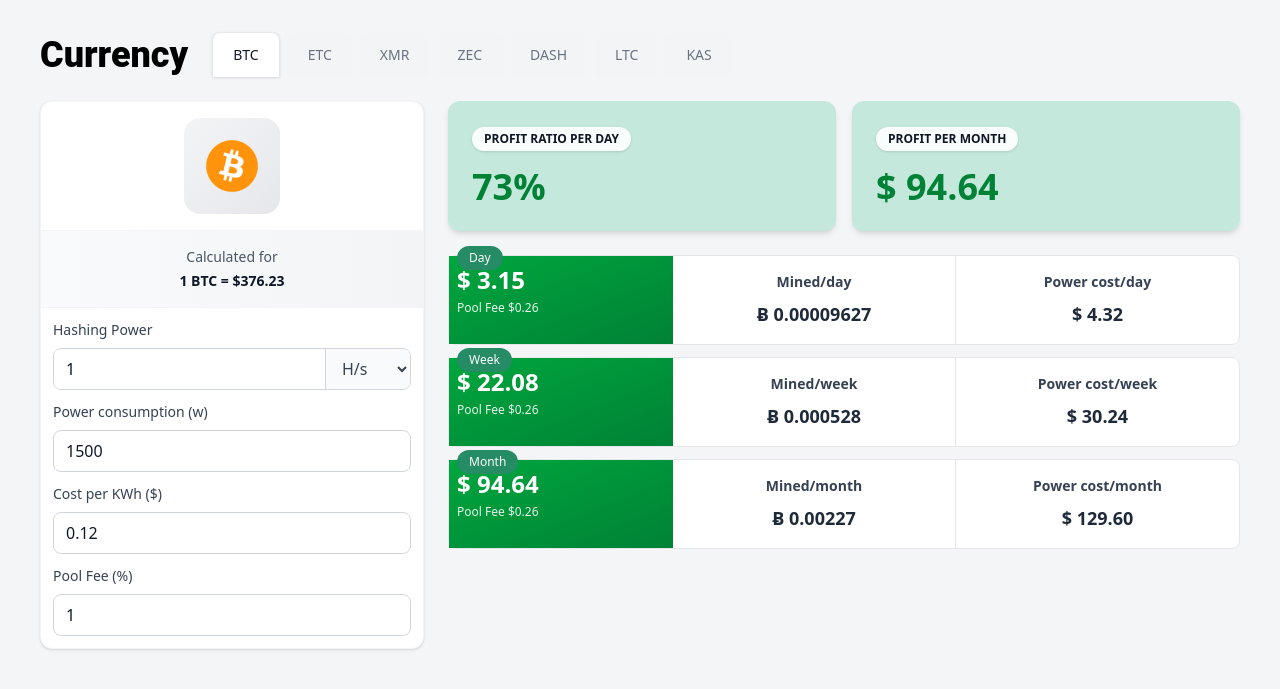
Repository: Bilal-Ahmad-CodeMaster/crypto-proj
Page: /
An editor plug-in stored every save of this project. The page is shown before and after the next save, followed by the edit.
The browser window is 1280 px wide. The pictures show the whole page.
The project was rebuilt for these pictures with package versions that can differ from the ones it lists, and the page was loaded fresh each time. The framework's server and built-in components were replaced by stand-ins that run in the browser. Also part of the build but not shown: next.config.ts.

Above is the page before, as saved 2025-11-25 22:41:08.

### src/app/layout.tsx
import './globals.css'
import React from 'react'


export const metadata = {
  title: 'Mining Dashboard',
}


export default function RootLayout({ children }: { children: React.ReactNode }) {
  return (
    <html lang="en">
      <body>
        {children}
      </body>
    </html>
  )
}

### src/app/page.tsx
'use client'
import React, { useState } from 'react'
import Tabs from './components/Tabs'
import HashingForm from './components/HashingForm'
import ResultCards from './components/ResultCards'


const currencies = [
  { id: 'btc', label: 'BTC' },
  { id: 'etc', label: 'ETC' },
  { id: 'xmr', label: 'XMR' },
  { id: 'zec', label: 'ZEC' },
  { id: 'dash', label: 'DASH' },
  { id: 'ltc', label: 'LTC' },
  { id: 'kas', label: 'KAS' }
]


export default function Page() {
  const [active, setActive] = useState('btc')


  return (
    <main className="min-h-screen p-8 bg-[#f3f5f7]">
      <div className="max-w-[1200px] mx-auto">
        <header className="flex items-center gap-6 mb-6">
          <h1 className="text-4xl font-extrabold text-black" style={{ fontFamily: '"Lobster", Roboto, Arial' }}>
            Currency
          </h1>
          <nav className="flex-1">
            <Tabs active={active} setActive={setActive} tabs={currencies} />
          </nav>
        </header>


        <div className="grid grid-cols-1 lg:grid-cols-3 gap-6">
          <div>
            <HashingForm active={active} />
          </div>


          <div className="lg:col-span-2">
            <ResultCards active={active} />
          </div>
        </div>
      </div>
    </main>
  )
}

### src/app/globals.css
@import "tailwindcss";

/* Small helpers to match the design exactly */
body {
  @apply bg-gray-50 font-sans text-gray-900 antialiased;
}

/* Hide focus indicators for all form inputs */
input:focus,
select:focus {
  outline: none !important;
  box-shadow: none;
}
.hashing-form input:focus,
.hashing-form select:focus {
  outline: none;

  box-shadow: none;
}
/* Chrome, Safari, Edge */
input[type="number"]::-webkit-inner-spin-button,
input[type="number"]::-webkit-outer-spin-button {
  -webkit-appearance: none;
  margin: 0;
}

### src/app/components/Tabs.tsx
'use client'
import React from 'react'

export default function Tabs({ active, setActive, tabs }: { active: string; setActive: (s: string) => void; tabs: { id: string; label: string }[] }) {
    return (
        <div className="flex gap-2 items-end">
            {tabs.map(t => (
                <button
                    key={t.id}
                    onClick={() => setActive(t.id)}
                    className={`px-5 py-3 rounded-t-lg text-sm font-medium transition-all ${active === t.id
                            ? 'bg-white text-gray-900 border-t border-l border-r border-gray-200 shadow-sm'
                            : 'text-gray-500 hover:text-gray-700 bg-gray-100 hover:bg-gray-200'
                        }`}
                    style={{ minWidth: 56 }}
                >
                    {t.label}
                </button>
            ))}
        </div>
    )
}

### src/app/components/HashingForm.tsx
'use client'
import Image from 'next/image'
import React from 'react'

export default function HashingForm({ active }: { active: string }) {
    return (
        <div className="bg-white rounded-xl shadow-sm border border-gray-100 overflow-hidden">
            <div className="p-4 border-b border-gray-100 flex items-center justify-center">
                <div className="w-24 h-24 bg-linear-to-br from-gray-100 to-gray-200 rounded-2xl flex items-center justify-center p-4">
                    <Image
                        src={`/${active.toLowerCase()}.png`}
                        alt="logo"
                        width={64}
                        height={64}
                        className="object-contain"
                    />
                </div>
            </div>

            <div className="bg-linear-to-r from-gray-50 to-gray-100 text-center py-4 text-sm text-gray-600 border-b border-gray-100">
                Calculated for
                <div className="font-semibold text-gray-900 mt-1">1 {active.toUpperCase()} = $376.23</div>
            </div>

            <div className="p-3 space-y-3">
                <div>
                    <label className="block text-sm font-medium text-gray-700 mb-2">Hashing Power</label>
                    <div className="flex rounded-lg overflow-hidden border border-gray-300 focus-within:ring-2 focus-within:ring-blue-500 focus-within:border-blue-500 transition-all">
                        <input
                            type="number"
                            defaultValue={1}
                            className="flex-1 px-3 py-2 outline-none bg-white"
                        />
                        <select className="px-3 py-2 bg-gray-50 border-l border-gray-300 text-gray-700">
                            <option>H/s</option>
                            <option>KH/s</option>
                            <option>MH/s</option>
                            <option>GH/s</option>
                            <option>TH/s</option>
                        </select>
                    </div>
                </div>

                <div>
                    <label className="block text-sm font-medium text-gray-700 mb-2">Power consumption (w)</label>
                    <input
                        className="w-full px-3 py-2 border border-gray-300 rounded-lg focus:ring-2 focus:ring-blue-500 focus:border-blue-500 transition-all"
                        defaultValue={1500} type="number"
                    />
                </div>

                <div>
                    <label className="block text-sm font-medium text-gray-700 mb-2">Cost per KWh ($)</label>
                    <input
                        className="w-full px-3 py-2 border border-gray-300 rounded-lg focus:ring-2 focus:ring-blue-500 focus:border-blue-500 transition-all"
                        defaultValue={0.12} type="number"
                    />
                </div>

                <div>
                    <label className="block text-sm font-medium text-gray-700 mb-2">Pool Fee (%)</label>
                    <input
                        className="w-full px-3 py-2 border border-gray-300 rounded-lg focus:ring-2 focus:ring-blue-500 focus:border-blue-500 transition-all"
                        defaultValue={1} type="number"
                    />
                </div>
            </div>
        </div>
    )
}

### src/app/components/ResultCards.tsx
'use client'
import React from 'react'

interface StatRowProps {
    title: string;
    money: string;
    mined: string;
    powerCost: string;
    poolFee: string;
    positive?: boolean;
}

function StatRow({ title, money, mined, powerCost, poolFee, positive = true }: StatRowProps) {
    return (
        <div className="mb-3 rounded-lg border border-gray-200 bg-white hover:shadow-sm transition-all">
            <div className="flex">
                {/* First part with background color */}
                <div className={`w-56 p-2 text-white relative ${positive ? 'bg-linear-to-br from-green-600 to-green-700' : 'bg-linear-to-br from-red-500 to-red-600'}`}>
                    <div className="text-xs font-medium bg-[#258C66] inline-block px-3 py-1 rounded-full mb-3 absolute top-[-10px]">{title}</div>
                    <div className="text-2xl font-bold mb-1">{money}</div>
                    <div className="text-xs opacity-90">Pool Fee $0.26</div>
                </div>

                {/* Second and third parts without background color */}
                <div className="flex-1 grid grid-cols-2 items-center">
                    {/* Mined Column */}
                    <div className="text-center border-r border-gray-200 py-4">
                        <div className="text-sm font-semibold text-gray-700 mb-2">Mined/{title.toLowerCase()}</div>
                        <div className="text-lg font-bold text-gray-800">{mined}</div>
                    </div>

                    {/* Power Cost Column */}
                    <div className="text-center py-4">
                        <div className="text-sm font-semibold text-gray-700 mb-2">Power cost/{title.toLowerCase()}</div>
                        <div className="text-lg font-bold text-gray-800">{powerCost}</div>
                    </div>
                </div>
            </div>
        </div>
    )
}

export default function ResultCards({ active }: { active: string }) {
    const positive = active !== 'etc'

    // Get currency symbol based on active tab
    const getCurrencySymbol = () => {
        switch (active.toLowerCase()) {
            case 'btc': return 'Ƀ'
            case 'etc': return 'Ξ'
            case 'xmr': return 'ɱ'
            case 'zec': return 'ⓩ'
            case 'dash': return 'Đ'
            case 'ltc': return 'Ł'
            case 'kas': return 'Ҝ'
            default: return 'Ƀ'
        }
    }

    const currencySymbol = getCurrencySymbol()

    return (
        <div>
            <div className="grid grid-cols-2 gap-4 mb-6">
                <div className={`rounded-xl p-6 shadow-md ${positive ? 'bg-[#C4E8DB]' : 'bg-[#FFE0E0]'}`}>
                    <div className="text-xs font-semibold bg-white/90 inline-block px-3 py-1 rounded-full shadow">PROFIT RATIO PER DAY</div>
                    <div className={`text-4xl font-bold mt-4 ${positive ? 'text-green-700' : 'text-red-700'}`}>{positive ? '73%' : '-70%'}</div>
                </div>


                <div className={`rounded-xl p-6 shadow-md ${positive ? 'bg-[#C4E8DB]' : 'bg-[#FFE0E0]'}`}>
                    <div className="text-xs font-semibold bg-white/90 inline-block px-3 py-1 rounded-full shadow">PROFIT PER MONTH</div>
                    <div className={`text-4xl font-bold mt-4 ${positive ? 'text-green-700' : 'text-red-700'}`}>{positive ? '$ 94.64' : '$ -90.66'}</div>
                </div>
            </div>


            {/* Time Period Cards */}
            <div>
                <StatRow
                    title="Day"
                    money="$ 3.15"
                    mined={`${currencySymbol} 0.00009627`}
                    powerCost="$ 4.32"
                    poolFee="$ 0.07550"
                    positive={positive}
                />
                <StatRow
                    title="Week"
                    money="$ 22.08"
                    mined={`${currencySymbol} 0.000528`}
                    powerCost="$ 30.24"
                    poolFee="$ 0.528"
                    positive={positive}
                />
                <StatRow
                    title="Month"
                    money="$ 94.64"
                    mined={`${currencySymbol} 0.00227`}
                    powerCost="$ 129.60"
                    poolFee="$ 2.27"
                    positive={positive}
                />
            </div>
        </div>
    )
}

After the next save:
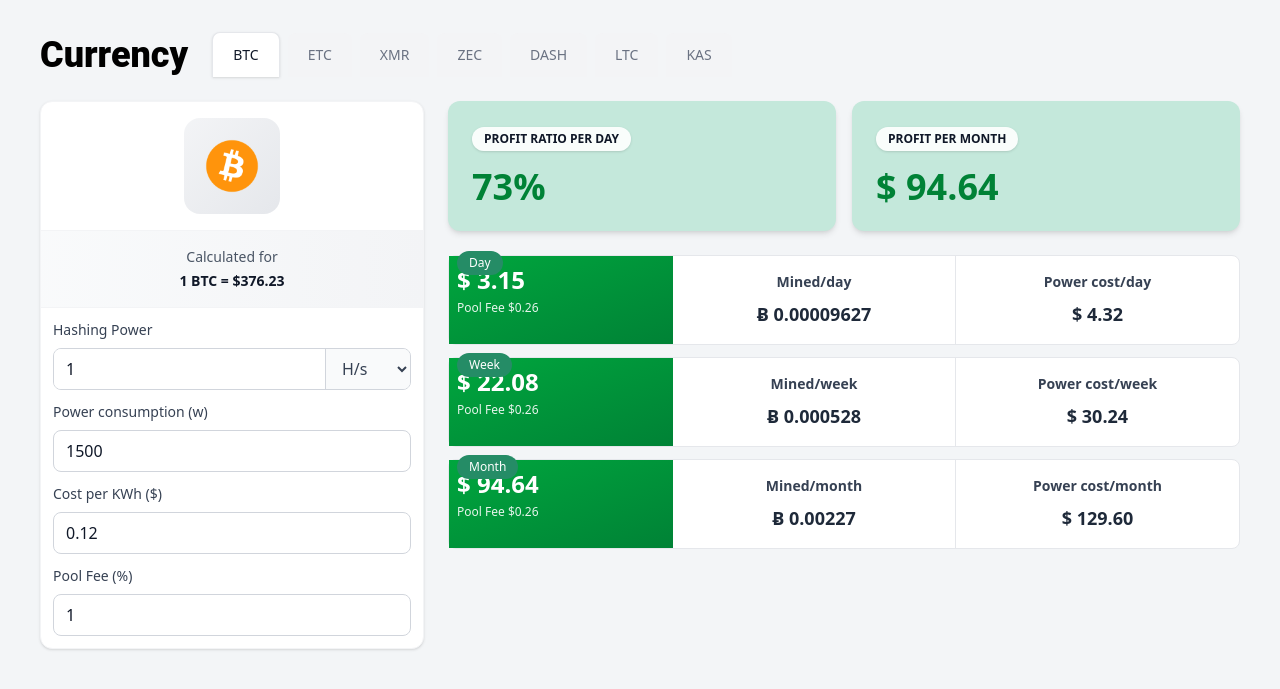
Saved 4 s later.
--- a/src/app/components/ResultCards.tsx
+++ b/src/app/components/ResultCards.tsx
@@ -16,7 +16,7 @@
             <div className="flex">
                 {/* First part with background color */}
                 <div className={`w-56 p-2 text-white relative ${positive ? 'bg-linear-to-br from-green-600 to-green-700' : 'bg-linear-to-br from-red-500 to-red-600'}`}>
-                    <div className="text-xs font-medium bg-[#258C66] inline-block px-3 py-1 rounded-full mb-3 absolute top-[-10px]">{title}</div>
+                    <div className="text-xs font-medium bg-[#258C66] inline-block px-3 py-1 rounded-full mb-3 absolute top-[-5px]">{title}</div>
                     <div className="text-2xl font-bold mb-1">{money}</div>
                     <div className="text-xs opacity-90">Pool Fee $0.26</div>
                 </div>
